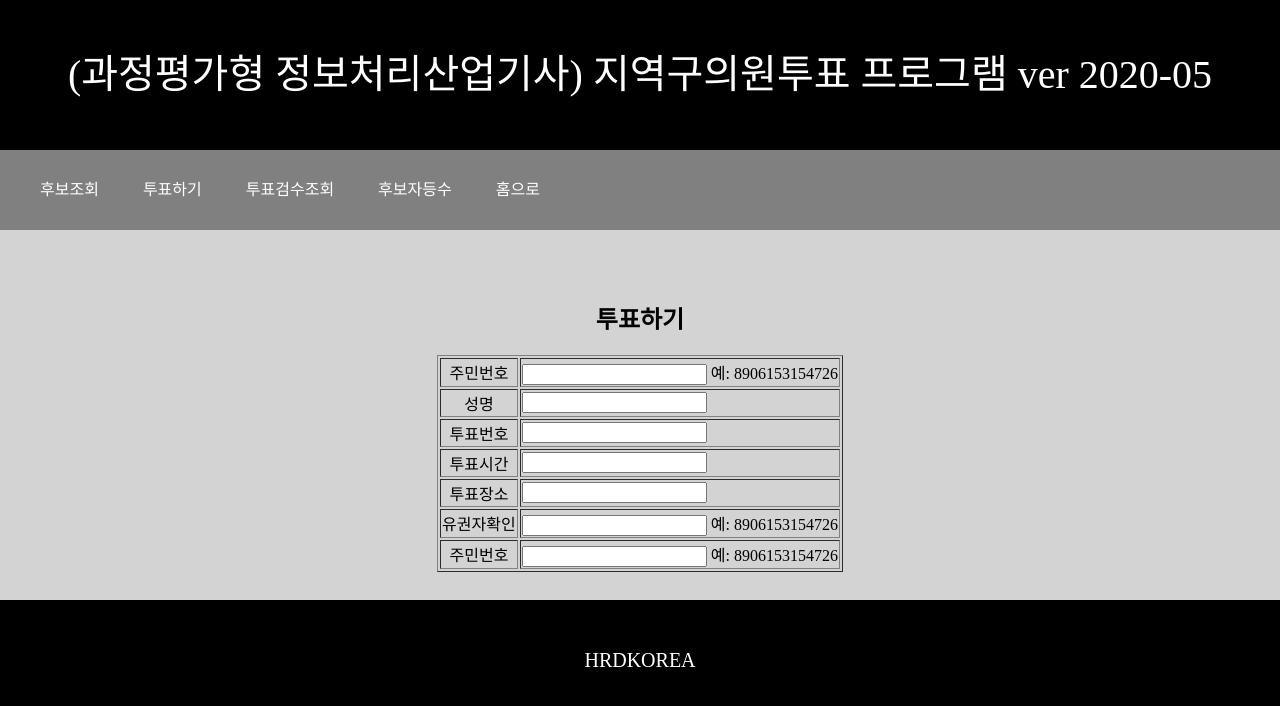
Repository: junhee97/-
Page: http://localhost/HRD_03/vote.jsp
The author's editor kept a copy of each file at every save. The page is drawn from the files as they stood at one save, then again after the next save.
The browser window is 1280 px wide. The pictures show the whole page.
The page is served by Tomcat 9.

Above is the page before, as saved 2025-08-14 12:40:43.

### HRD_03/WebContent/vote.jsp
<%@ page language="java" contentType="text/html; charset=UTF-8"
    pageEncoding="UTF-8"%>
<!DOCTYPE html PUBLIC "-//W3C//DTD HTML 4.01 Transitional//EN" "http://www.w3.org/TR/html4/loose.dtd">
<html>
<head>
<meta http-equiv="Content-Type" content="text/html; charset=UTF-8">
<title>Insert title here</title>
</head>
<body>

<jsp:include page="header.jsp"></jsp:include>

<section style="position: fixed; top: 230px; left: 0px; width: 100%; height: 100%; background-color: lightgray;">
<h2 style="text-align: center; padding-top: 50px;">투표하기</h2>

<form style = "display: flex; align-items: center; justify-content: center; ">
	<table border = "1">
		<tr>
			<td style = "text-align: center;">주민번호</td>
			<td>
				<input type = "text"> 예: 8906153154726
			</td>
		</tr>
		<tr>
			<td style = "text-align: center;">성명</td>
			<td>
				<input type = "text">
			</td>
		</tr>
		<tr>
			<td style = "text-align: center;">투표번호</td>
			<td>
				<input type = "">
			</td>
		</tr>
		<tr>
			<td style = "text-align: center;">투표시간</td>
			<td>
				<input type = "text">
			</td>
		</tr>
		<tr>
			<td style = "text-align: center;">투표장소</td>
			<td>
				<input type = "text">
			</td>
		</tr>
		<tr>
			<td style = "text-align: center;">유권자확인</td>
			<td>
				<input type = "text"> 예: 8906153154726
			</td>
		</tr>
		<tr>
			<td style = "text-align: center;">주민번호</td>
			<td>
				<input type = "text"> 예: 8906153154726
			</td>
		</tr>
	</table>
</form>

</section>

<jsp:include page="footer.jsp"></jsp:include>


</body>
</html>

### HRD_03/WebContent/header.jsp
<%@ page language="java" contentType="text/html; charset=UTF-8"
    pageEncoding="UTF-8"%>
<!DOCTYPE html PUBLIC "-//W3C//DTD HTML 4.01 Transitional//EN" "http://www.w3.org/TR/html4/loose.dtd">
<html>
<head>
<meta http-equiv="Content-Type" content="text/html; charset=UTF-8">
<title>Insert title here</title>

<style>
	a{
		text-decoration: none;
		color: white;
	}
</style>

</head>
<body>

	<header style="position:fixed; top:0px; left:0px; width:100%; height: 150px; line-height: 150px; background-color: black; color: white; text-align: center; font-size: 40px;">
		(과정평가형 정보처리산업기사) 지역구의원투표 프로그램 ver 2020-05
	</header>

	<nav style="position: fixed; top: 150px; left: 0px; width: 100%; height: 80px; line-height: 80px; background-color: gray; padding-left: 40px;">
		<a href="m_list.jsp">후보조회</a> &nbsp; &nbsp; &nbsp; &nbsp; &nbsp;
		<a href="vote.jsp">투표하기</a> &nbsp; &nbsp; &nbsp; &nbsp; &nbsp;
		<a href="v_list.jsp">투표검수조회</a> &nbsp; &nbsp; &nbsp; &nbsp; &nbsp;
		<a href="rank.jsp">후보자등수</a> &nbsp; &nbsp; &nbsp; &nbsp; &nbsp;
		<a href="index.jsp">홈으로</a>
	</nav>

</body>
</html>

### HRD_03/WebContent/footer.jsp
<%@ page language="java" contentType="text/html; charset=UTF-8"
    pageEncoding="UTF-8"%>
<!DOCTYPE html PUBLIC "-//W3C//DTD HTML 4.01 Transitional//EN" "http://www.w3.org/TR/html4/loose.dtd">
<html>
<head>
<meta http-equiv="Content-Type" content="text/html; charset=UTF-8">
<title>Insert title here</title>
</head>
<body>

	<footer style="position: fixed; bottom: 0px; left: 0px; width: 100%; height: 120px; line-height: 120px; text-align: center; background-color: black; color: white; font-size: 20px;">
		HRDKOREA
	</footer>

</body>
</html>

After the next save:
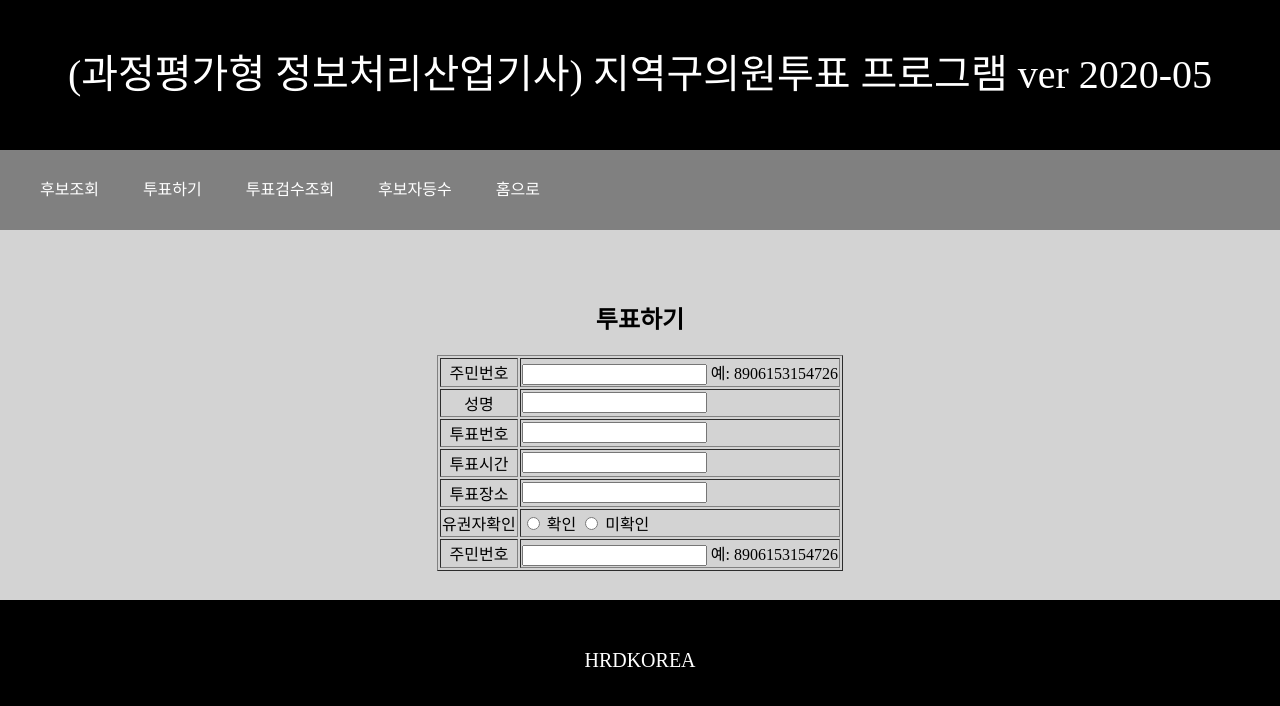
Saved 17 s later.
--- a/HRD_03/WebContent/vote.jsp
+++ b/HRD_03/WebContent/vote.jsp
@@ -48,7 +48,8 @@
 		<tr>
 			<td style = "text-align: center;">유권자확인</td>
 			<td>
-				<input type = "text"> 예: 8906153154726
+				<input type = "radio"> 확인
+				<input type = "radio"> 미확인
 			</td>
 		</tr>
 		<tr>
